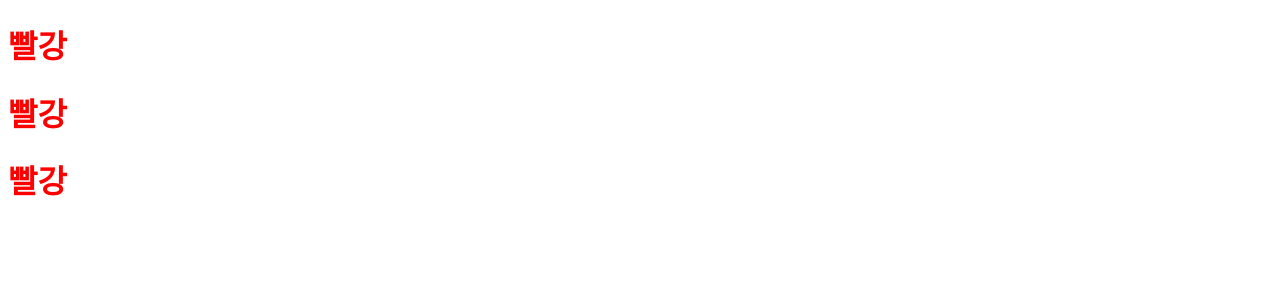
Repository: UnibusK/Java-Study
Page: http://localhost/JSP29/if.jsp
The author's editor kept a copy of each file at every save. The page is drawn from the files as they stood at one save, then again after the next save.
The browser window is 1280 px wide. The pictures show the whole page.
The page is served by Tomcat 9. Other server files are loaded and not shown.

Above is the page before, as saved 2023-12-06 06:38:39.

### JSP/JSP29/src/main/webapp/if.jsp
<%@ page language="java" contentType="text/html; charset=UTF-8"
    pageEncoding="UTF-8"%>
<%@ taglib uri="http://java.sun.com/jsp/jstl/core" prefix="c"%>
<!DOCTYPE html>
<html>
	<head>
		<meta charset="UTF-8">
		<title>IF문</title>
	</head>
	<body>
		<%
			if(true){
				out.print("<h1 style='color:red;'>빨강</h1>");
			}
			String tag="";
			if(true){
				tag="<h1 style='color:red;'>빨강</h1>";
			}
		%>
		<%=tag %>
		<%
			if(true){
		%>
			<h1 style="color:red;">빨강</h1>
		<%
			}
		%>
		<c:if test="">
			<h1 style="color:red;">빨강</h1>
		</c:if>
	</body>
</html>

After the next save:
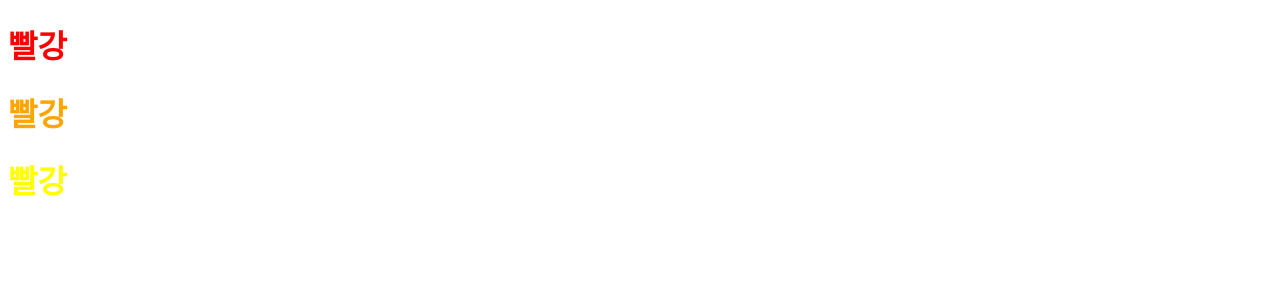
Saved 54 s later.
--- a/JSP/JSP29/src/main/webapp/if.jsp
+++ b/JSP/JSP29/src/main/webapp/if.jsp
@@ -14,19 +14,19 @@
 			}
 			String tag="";
 			if(true){
-				tag="<h1 style='color:red;'>빨강</h1>";
+				tag="<h1 style='color:orange;'>빨강</h1>";
 			}
 		%>
 		<%=tag %>
 		<%
 			if(true){
 		%>
-			<h1 style="color:red;">빨강</h1>
+			<h1 style="color:yellow;">빨강</h1>
 		<%
 			}
 		%>
 		<c:if test="">
-			<h1 style="color:red;">빨강</h1>
+			<h1 style="color:green;">빨강</h1>
 		</c:if>
 	</body>
 </html>
